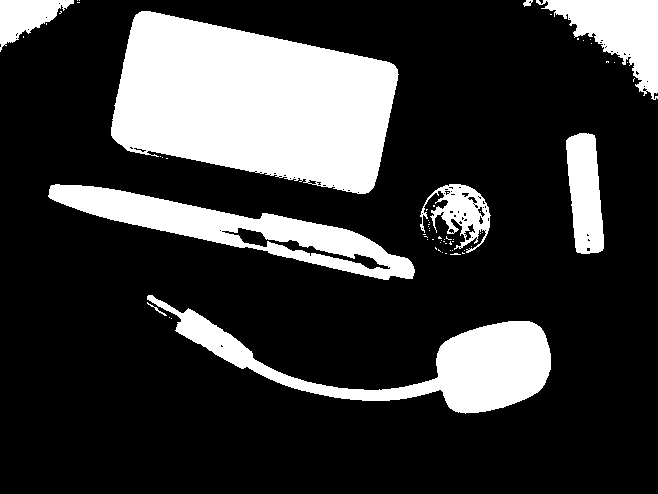
Repository: kaiofbgarcia/OpenCV
Script's output: python newCoin.py
These files come from the project's save history. The script's output is drawn as it stood at one moment and after the next save; the edit follows.
Random numbers start from a fixed seed. It also reads img/img1.jpg.

Above is the script's output before, as saved 2022-06-28 20:08:02.

### newCoin.py
import cv2
from cv2 import THRESH_BINARY
import numpy as np
from numpy import binary_repr

imagem = cv2.imread("img/img1.jpg")          # Carregar a imagem
res = cv2.resize(imagem, dsize=( 658, 494), interpolation=cv2.INTER_CUBIC) # Redimensionar Img ################
gray = cv2.cvtColor(res, cv2.COLOR_BGR2GRAY)     # GrayScale
blur = cv2.blur(gray,(3,3))                       # Blur ###############

ret,binary = cv2.threshold(blur , 65 ,255, cv2.THRESH_OTSU)         # Binarização ################
ret1,binary1 = cv2.threshold(binary,127,255,cv2.THRESH_BINARY_INV)   # Inverter a Binarização


kernel = np.ones((5,5), np.uint8)
dilation = cv2.dilate(binary1, kernel, iterations=4)   # Dilatar ####################

contours, hierarchy = cv2.findContours(dilation, cv2.RETR_TREE, cv2.CHAIN_APPROX_SIMPLE) # Procura os Objetos
cont = len(contours)                                                                     # Conta os Objetos
cv2.drawContours(res, contours, -1, (0,255,0), 3)

print("Numero de Objetos Encontrados: ",cont)

cv2.imshow("Dilatation", binary1)


cv2.waitKey(0)

After the next save:
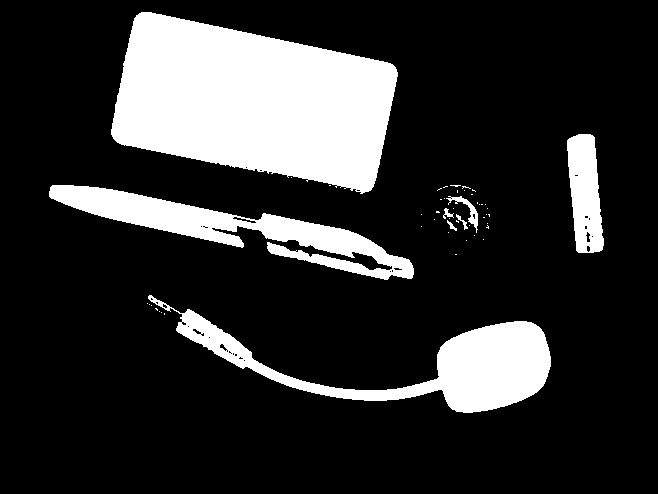
Saved 59 s later.
--- a/newCoin.py
+++ b/newCoin.py
@@ -8,7 +8,7 @@
 gray = cv2.cvtColor(res, cv2.COLOR_BGR2GRAY)     # GrayScale
 blur = cv2.blur(gray,(3,3))                       # Blur ###############
 
-ret,binary = cv2.threshold(blur , 65 ,255, cv2.THRESH_OTSU)         # Binarização ################
+ret,binary = cv2.threshold(blur , 65 ,255, cv2.THRESH_BINARY)         # Binarização ################
 ret1,binary1 = cv2.threshold(binary,127,255,cv2.THRESH_BINARY_INV)   # Inverter a Binarização
 
 
